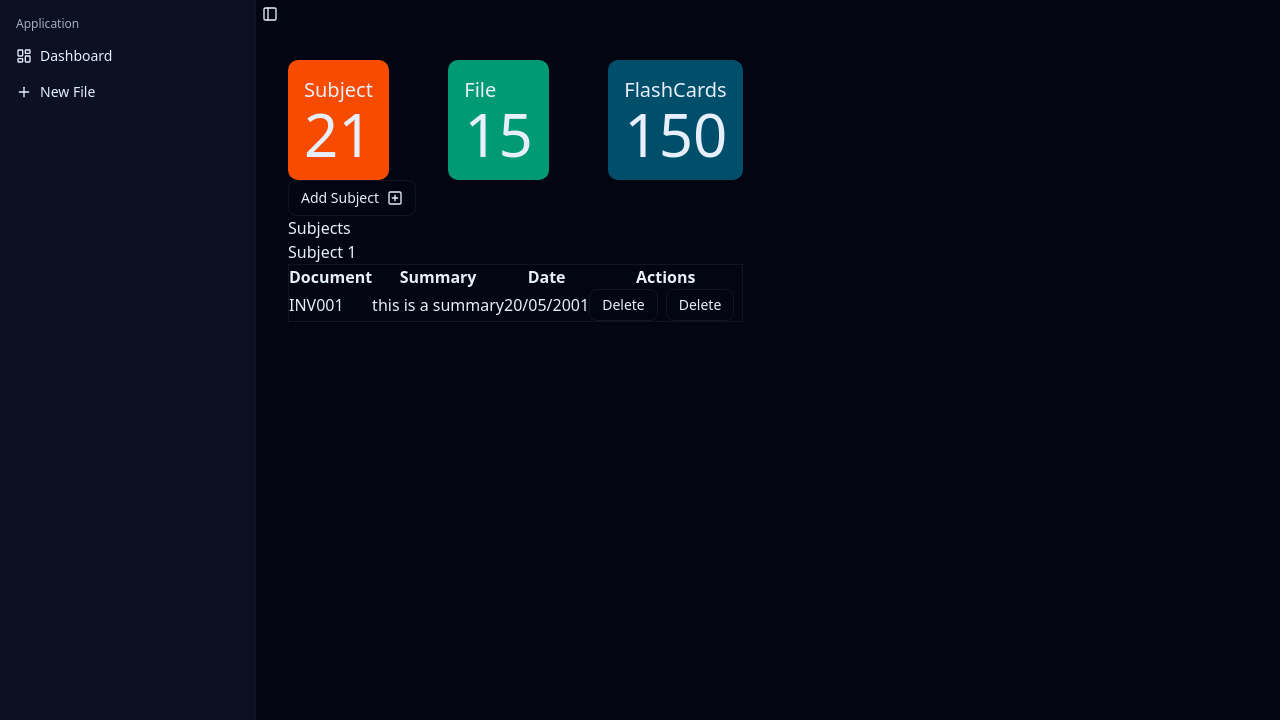
Repository: SywarDer/Student-Assistance
Page: /dashboard (app in student-assistant/)
An editor plug-in stored every save of this project. The page is shown before and after a run of saves, followed by the edit.
The browser window is 1280 px wide. The pictures show the whole page.
The project was rebuilt for these pictures with package versions that can differ from the ones it lists, and the page was loaded fresh each time. The framework's server and built-in components were replaced by stand-ins that run in the browser. Also part of the build but not shown: student-assistant/next.config.ts, student-assistant/components/ui/input.tsx, student-assistant/components/ui/separator.tsx, student-assistant/components/ui/skeleton.tsx. Imported but missing from the stored project, and not drawn on this page: student-assistant/components/ui/sheet.

Above is the page before, as saved 2025-10-30 20:33:16.

After the next 3 saves:
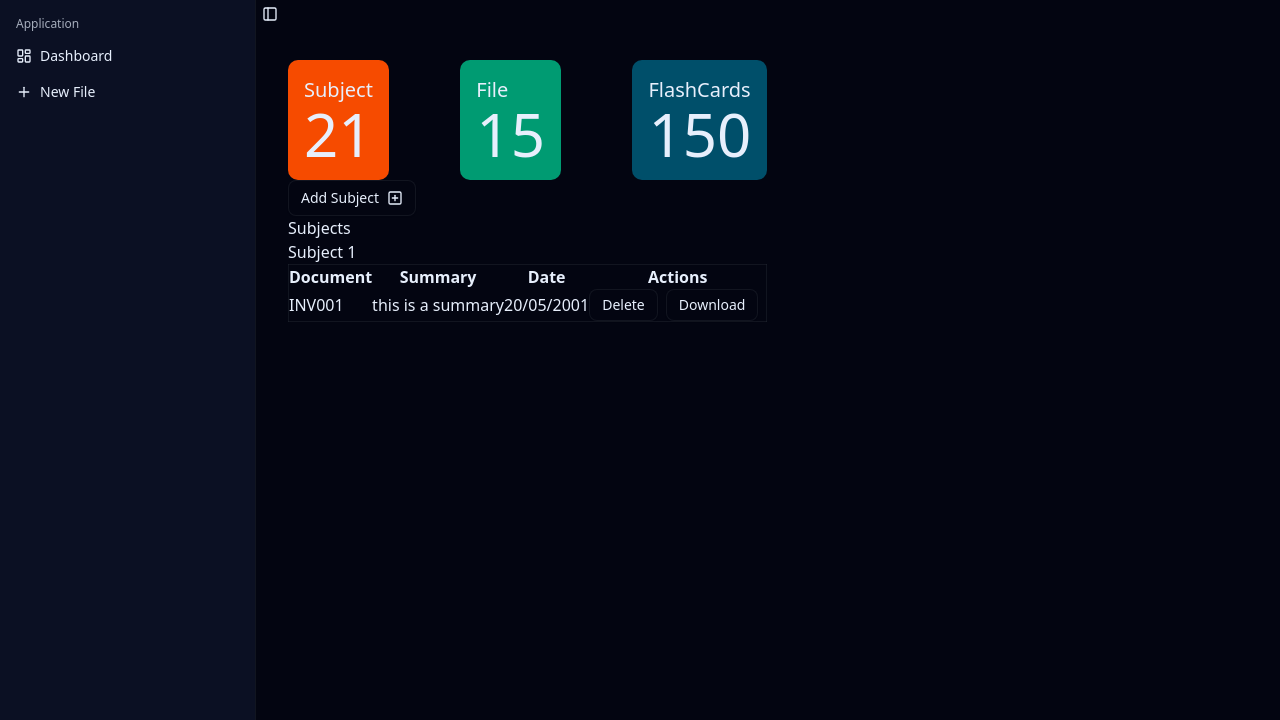
The 3 saves are shown as one change because they came seconds apart.
The last was saved 9 s later.
--- a/student-assistant/app/dashboard/page.tsx
+++ b/student-assistant/app/dashboard/page.tsx
@@ -14,7 +14,7 @@ export default function Dashboard() {
             summary: "this is a summary",
             actions: <div>
                 <Button variant="outline" size="sm" className="mr-2">Delete</Button>
-                <Button variant="outline" size="sm" className="mr-2">Delete</Button>
+                <Button variant="outline" size="sm" className="mr-2">Download</Button>
             </div>,
         }
     ]
